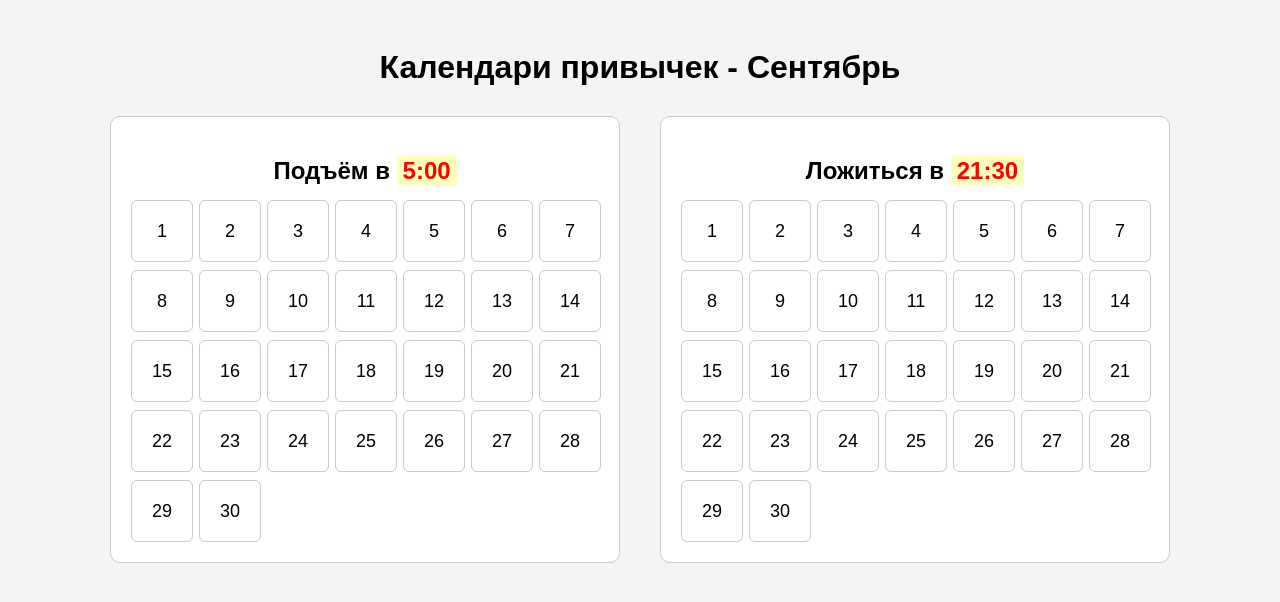
Repository: Pavel1776/doublecalendar
Page: index.html
These files come from the project's save history. The page is drawn as it stood at one moment and after the next save; the edit follows.
The browser window is 1280 px wide. The pictures show the whole page.

Above is the page before, as saved 2025-09-17 15:44:10.

After the next save:
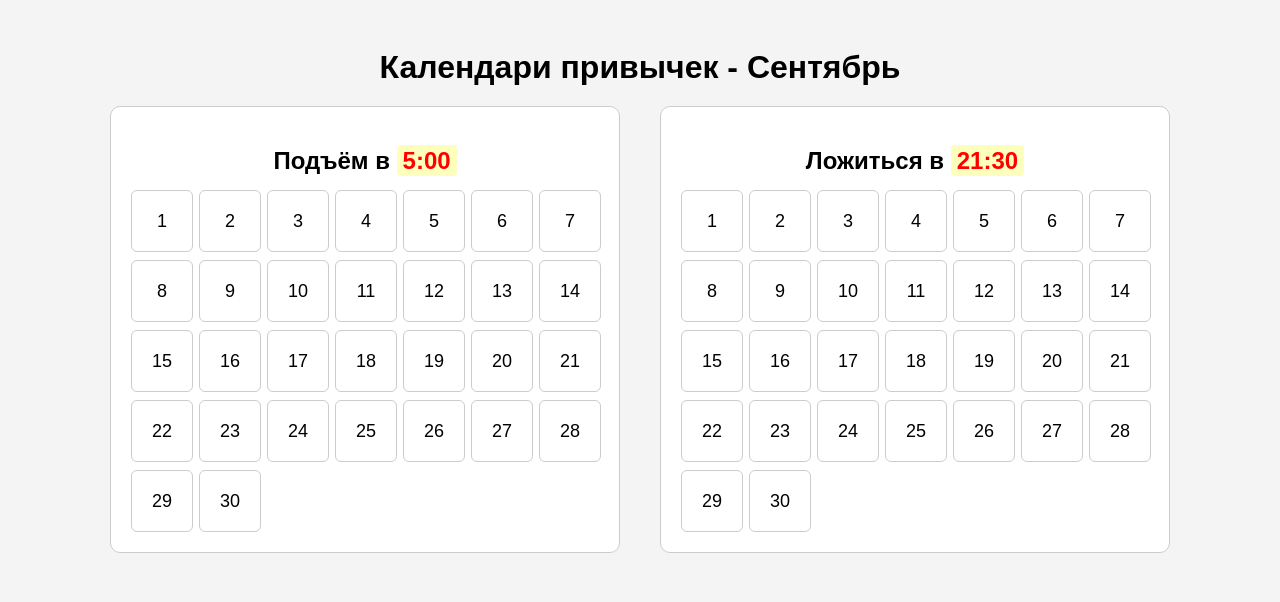
Saved 19 min 47 s later.
--- a/style.css
+++ b/style.css
@@ -8,14 +8,14 @@
 }
 
 h1 {
-  margin-bottom: 30px;
+  margin-bottom: 20px;
 }
 
 .calendars-container {
   display: flex;
   justify-content: center;
-  gap: 40px;
-  flex-wrap: wrap;
+  gap: 40px;         /* расстояние между календарями */
+  flex-wrap: wrap;    /* перенос, если не помещаются */
 }
 
 .calendar {
@@ -52,24 +52,40 @@
   border-radius: 6px;
 }
 
-/* ✔ зелёная прозрачная галочка */
+/* ✔ зелёная галочка с прозрачным фоном */
 .day.success::after {
   content: "✔";
-  color: green;
-  opacity: 0.6;
-  font-size: 40px;
+  color: white;
+  background-color: rgba(0, 200, 0, 0.6);
+  border-radius: 50%;
+  width: 60px;
+  height: 60px;
+  display: flex;
+  align-items: center;
+  justify-content: center;
+  font-size: 30px;
   position: absolute;
+  top: 0;
+  left: 0;
   pointer-events: none;
   font-family: Arial, sans-serif;
 }
 
-/* ✖ красный прозрачный крестик */
+/* ✖ красный крестик с прозрачным фоном */
 .day.fail::after {
   content: "✖";
-  color: red;
-  opacity: 0.6;
-  font-size: 40px;
+  color: white;
+  background-color: rgba(255, 0, 0, 0.6);
+  border-radius: 50%;
+  width: 60px;
+  height: 60px;
+  display: flex;
+  align-items: center;
+  justify-content: center;
+  font-size: 30px;
   position: absolute;
+  top: 0;
+  left: 0;
   pointer-events: none;
   font-family: Arial, sans-serif;
 }
